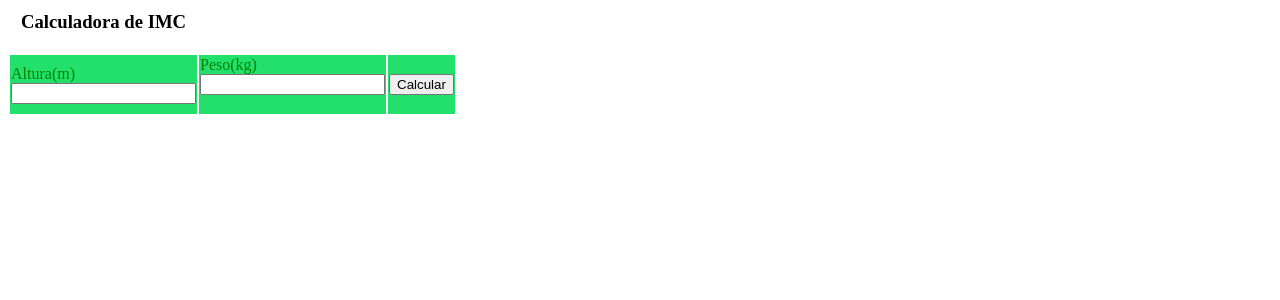
Repository: Patriciamativi/Projetos
Page: index.html
The author's editor kept a copy of each file at every save. The page is drawn from the files as they stood at one save, then again after the next save.
The browser window is 1280 px wide. The pictures show the whole page.

Above is the page before, as saved 2022-11-21 14:25:18.

After the next save:
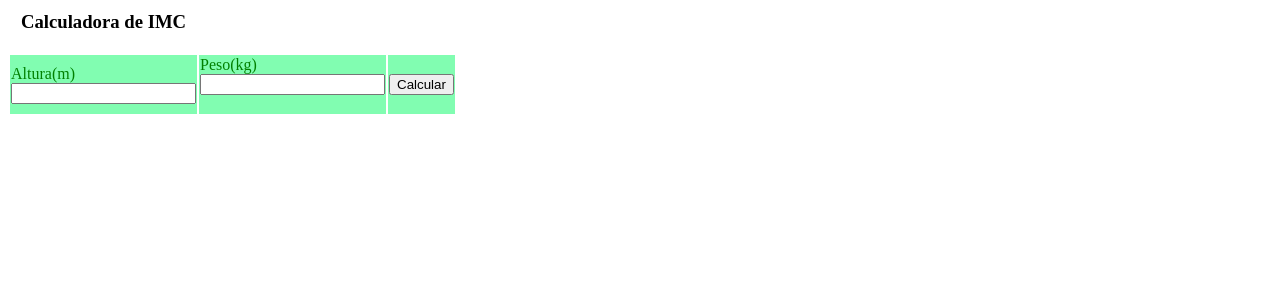
Saved 4 s later.
--- a/index.html
+++ b/index.html
@@ -9,7 +9,7 @@
             }
             td {
                 color: green;
-                background-color: rgb(34, 224, 107);
+                background-color: rgb(129, 253, 177);
             }
         </style>
     </head>
